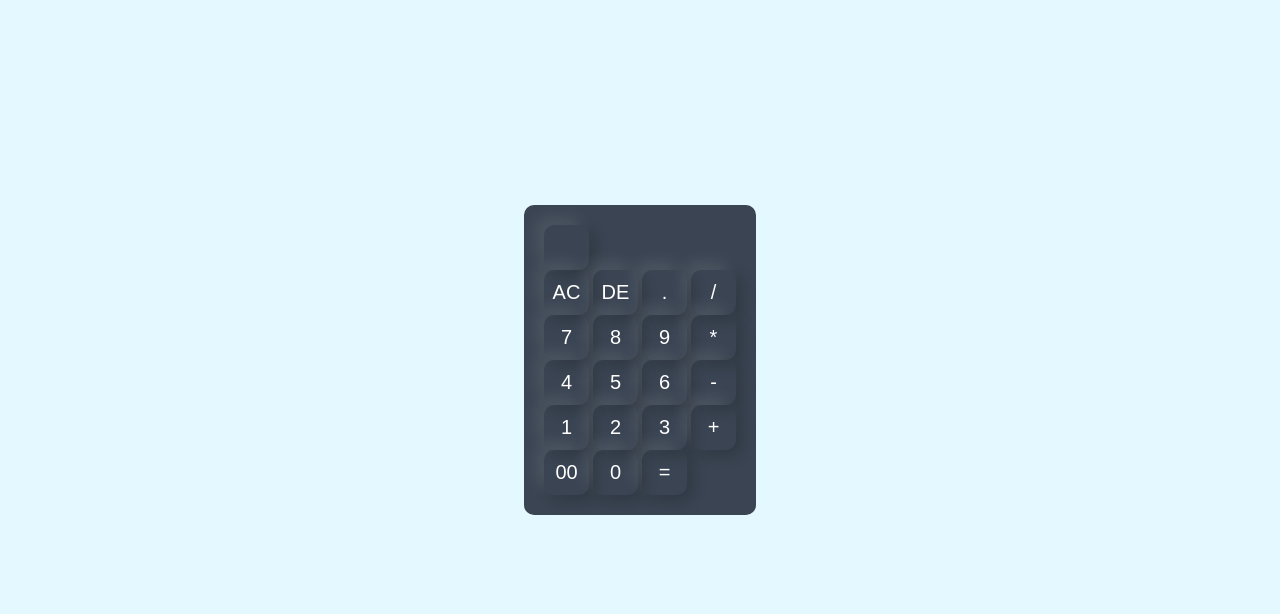
Repository: joeltorcato/CALCULATOR
Page: index.html
These files come from the project's save history. The page is drawn as it stood at one moment and after the next save; the edit follows.
The browser window is 1280 px wide. The pictures show the whole page.

Above is the page before, as saved 2023-12-31 19:06:05.

### index.html
<!DOCTYPE html>
<html lang="en">
<head>
    <meta charset="UTF-8">
    <meta name="viewport" content="width=device-width, initial-scale=1.0">
    <link rel="stylesheet" href="style.css">
    <title>CALCULATOR | JOEL TORCATO</title>
</head>
<body>
    <div class="container">
        <div class="calculator">
            <form>
                <div>
                    <input type="text" name="display">
                </div>
                <div>
                    <input type="button" value="AC">
                    <input type="button" value="DE">
                    <input type="button" value=".">
                    <input type="button" value="/">
                </div>
                <div>
                    <input type="button" value="7">
                    <input type="button" value="8">
                    <input type="button" value="9">
                    <input type="button" value="*">
                </div>
                <div>
                    <input type="button" value="4">
                    <input type="button" value="5">
                    <input type="button" value="6">
                    <input type="button" value="-">
                </div>
                <div>
                    <input type="button" value="1">
                    <input type="button" value="2">
                    <input type="button" value="3">
                    <input type="button" value="+">
                </div>
                <div>
                    <input type="button" value="00">
                    <input type="button" value="0">
                    <input type="button" value="=">
                </div>
            </form>
        </div>
    </div>
</body>
</html>

### style.css
*{
    margin: 0;
    padding: 0;
    font-family: 'Poppins' sans-serif;
    box-sizing: border-box;
}

/*container*/
.container{
    width: 100%;
    height: 100vh;
    background: #e3f9ff;
    display: flex;
    align-items: center;
    justify-content: center;
}

/*calculator*/
.calculator{
    background: #3a4452;
    padding: 20px;
    border-radius: 10px;
}

.calculator form input{
    border: 0;
    outline: 0;
    width: 45px;
    height: 45px;
    border-radius: 10px;
    box-shadow: -8px -8px 15px rgba(255, 255, 255, 0.1),5px 5px 15px rgba(0, 0, 0, 0.2);
    background: transparent;
    font-size: 20px;
    color: #fff;
    cursor: pointer
    margin: 10px;
}

After the next save:
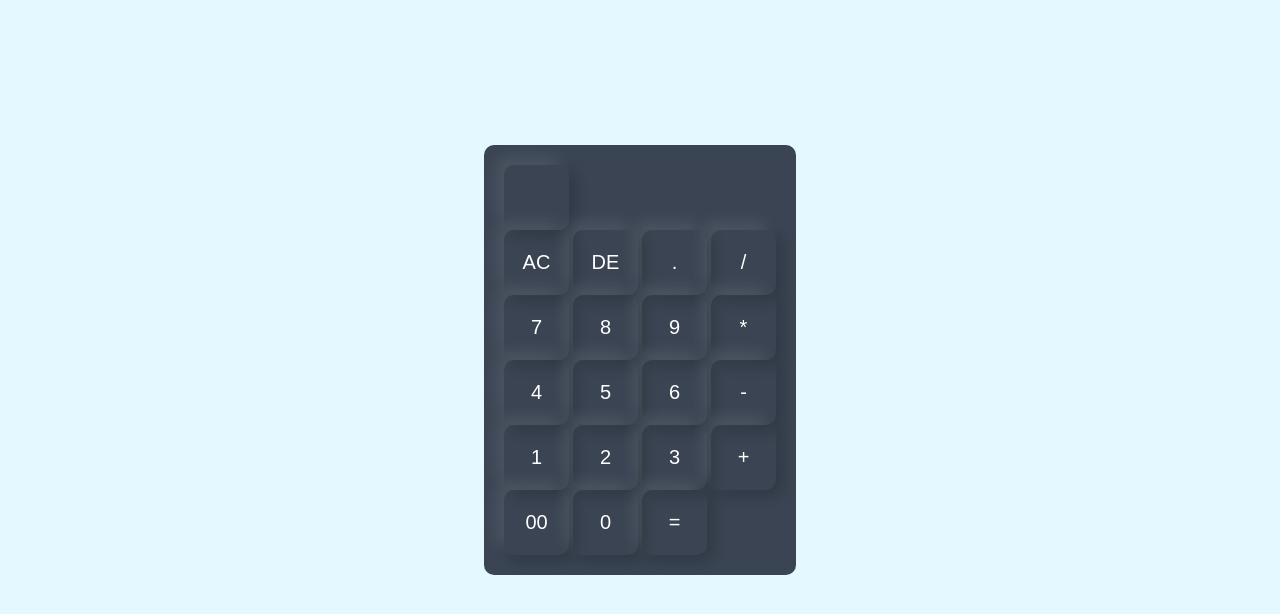
Saved 23 s later.
--- a/style.css
+++ b/style.css
@@ -25,8 +25,8 @@
 .calculator form input{
     border: 0;
     outline: 0;
-    width: 45px;
-    height: 45px;
+    width: 65px;
+    height: 65px;
     border-radius: 10px;
     box-shadow: -8px -8px 15px rgba(255, 255, 255, 0.1),5px 5px 15px rgba(0, 0, 0, 0.2);
     background: transparent;
